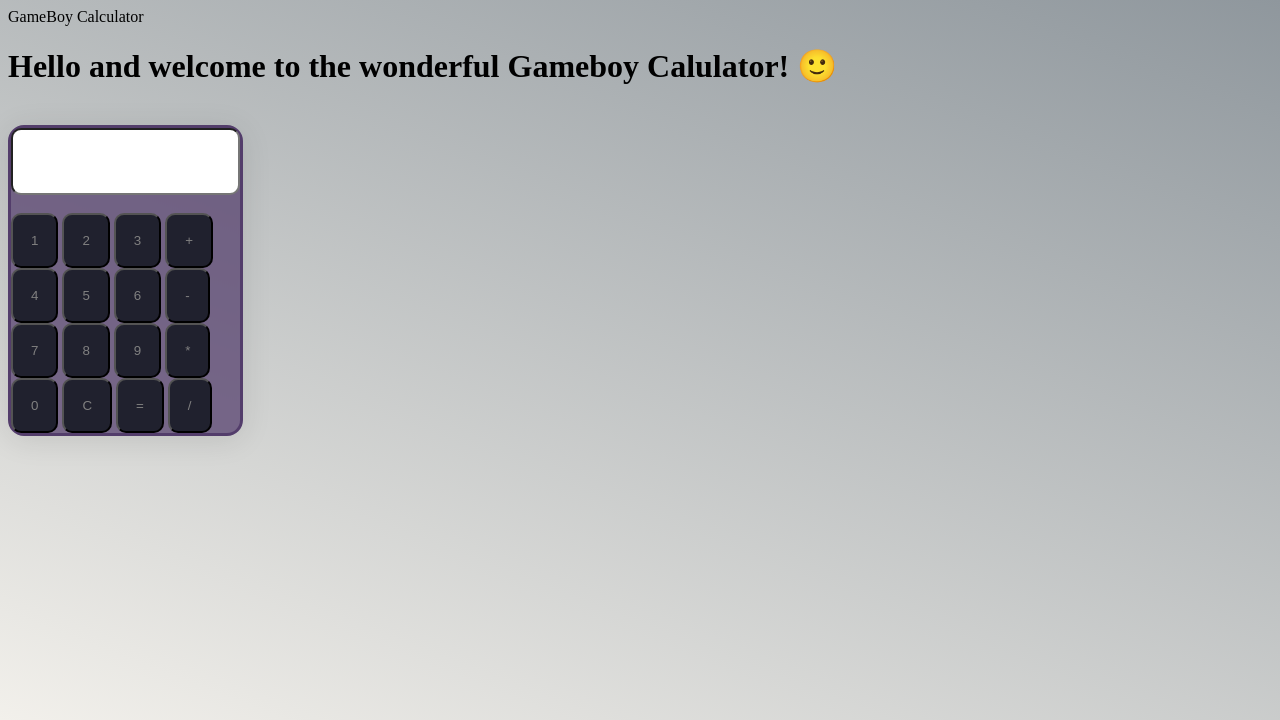
Repository: CrazyPaine/GameBoy-Calculator
Page: index.html
These files come from the project's save history. The page is drawn as it stood at one moment and after the next save; the edit follows.
The browser window is 1280 px wide. The pictures show the whole page.

Above is the page before, as saved 2024-02-02 16:17:14.

### index.html
<!DOCTYPE html>
<html lang="en">
<head>
    <meta charset="UTF-8">
    <meta name="viewport" content="width=device-width, initial-scale=1.0">
    <link rel="stylesheet" type="text/css" href="css/styles.css"
    <title>GameBoy Calculator</title>
</head>

<body>
    <h1 class = "Intro">Hello and welcome to the wonderful Gameboy Calulator! &#128578;</h1>
    <br>
    <div class = 'calculator'>
        <input type="text"id="display" readonly>
       <br>
            <button onclick="appendToDisplay('1')" class = "button">1</button>
            <button onclick="appendToDisplay('2')" class = "button">2</button>
            <button onclick="appendToDisplay('3')" class = "button">3</button>
            <button onclick="appendToDisplay('+')" class = "button">+</button>
            <br>
            <button onclick="appendToDisplay('4')" class = "button">4</button>
            <button onclick="appendToDisplay('5')" class = "button">5</button>
            <button onclick="appendToDisplay('6')" class = "button">6</button>
            <button onclick="appendToDisplay('-')" class = "button">-</button>
            <br>
            <button onclick="appendToDisplay('7')" class = "button">7</button>
            <button onclick="appendToDisplay('8')" class = "button">8</button>
            <button onclick="appendToDisplay('9')" class = "button">9</button>
            <button onclick="appendToDisplay('*')" class = "button">*</button>
            <br>
            <button onclick="appendToDisplay('0')" class = "button">0</button>
            <button onclick="clearDisplay()" class = "button">C</button>
            <button onclick="calculateResult()" class = "button">=</button>
            <button onclick="appendToDisplay('/')" class = "button">/</button>

    </div>




</body>
</html>

### css/styles.css
/******************************************
/* CSS
/*******************************************/


/* Box Model Hack */
* {
    box-sizing: border-box;
}



/******************************************
/* LAYOUT
/*******************************************/
html {
    height: 100%;
}

title {
    text-align: left;
    font-size: 5px;
}

body {
    background: rgb(143, 151, 157);
        background: linear-gradient(201deg, rgba(143, 151, 157, 1) 0%, rgba(242, 240, 235, 1) 100%);
}

#display{
    border-radius: 10px;
    display: flex;
    align-items:center;
    padding: 24px;
    width:fit-content;
    height:fit-content;
}

.calculator {
    border: 3px solid #533D6B;
    border-radius: 10px;
    width:fit-content;
    background: rgba(83, 61, 107, 0.73);
    border-radius: 16px;
    box-shadow: 0 4px 30px rgba(0, 0, 0, 0.1);
    backdrop-filter: blur(2.7px);
    -webkit-backdrop-filter: blur(2.7px);
    height: fit-content;
    width:fit-content;
}

.button {
    background-color: #20212e;
    border-radius: 10px;
    color: #808080;
    padding: 18px;
    min-height: fit-content;
    max-width: fit-content;
}


img {
    display: block;
    margin: 0 auto;
    width: 25%;
}


/******************************************
/* ADDITIONAL STYLES
/*******************************************/

After the next save:
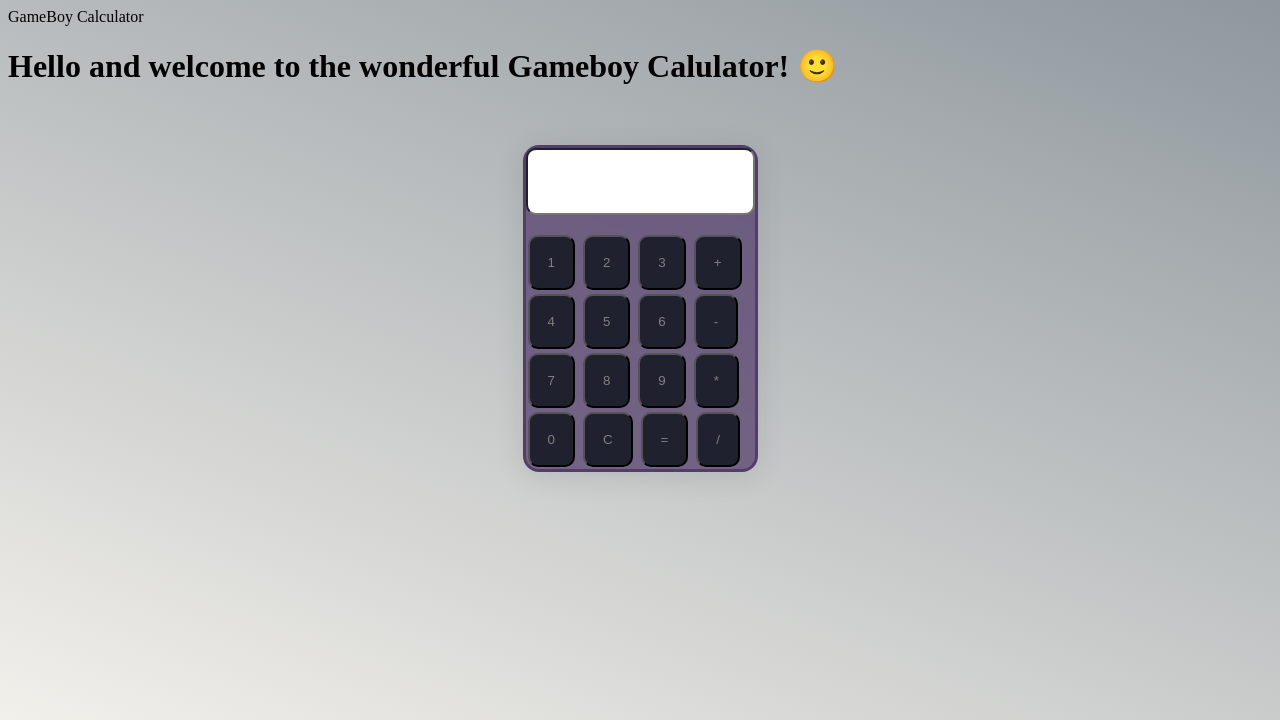
Saved 93 s later.
--- a/css/styles.css
+++ b/css/styles.css
@@ -31,9 +31,11 @@ body {
     border-radius: 10px;
     display: flex;
     align-items:center;
+    justify-content: center;
     padding: 24px;
-    width:fit-content;
-    height:fit-content;
+    width: 80%;
+    width:auto;
+    margin:auto
 }
 
 .calculator {
@@ -46,7 +48,7 @@ body {
     backdrop-filter: blur(2.7px);
     -webkit-backdrop-filter: blur(2.7px);
     height: fit-content;
-    width:fit-content;
+    margin: 20px auto;
 }
 
 .button {
@@ -56,6 +58,7 @@ body {
     padding: 18px;
     min-height: fit-content;
     max-width: fit-content;
+    margin: 2px;
 }
 
 
